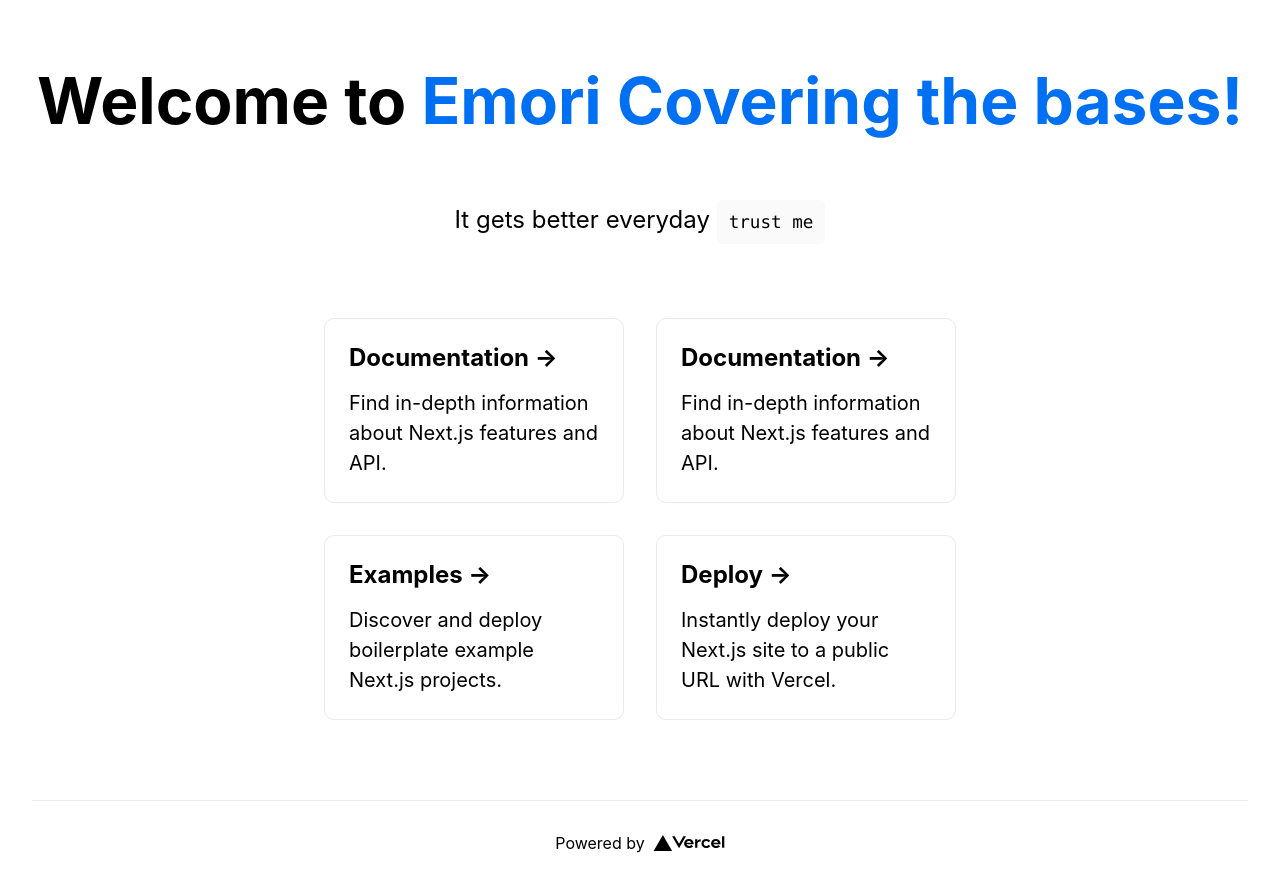
Repository: emorilebo/next-linkedin-training
Page: /
The author's editor kept a copy of each file at every save. The page is drawn from the files as they stood at one save, then again after the next save.
The browser window is 1280 px wide. The pictures show the whole page.
The project was rebuilt for these pictures with package versions that can differ from the ones it lists, and the page was loaded fresh each time. The framework's server and built-in components were replaced by stand-ins that run in the browser. Also part of the build but not shown: next.config.js.

Above is the page before, as saved 2022-12-25 17:58:04.

### pages/index.js
import Head from "next/head";
import Image from "next/image";
import Link from "next/link";
import styles from "../styles/Home.module.css";

export default function Home() {
  return (
    <div className={styles.container}>
      <Head>
        <title>Emori Learning Next From LinkedIn</title>
        <meta
          name="description"
          content="I know I know, but we need to cover the bases as much as possible. #emoricoin"
        />
        <link rel="icon" href="/favicon.ico" />
      </Head>

      <main className={styles.main}>
        <h1 className={styles.title}>
          Welcome to <a href="https://nextjs.org">Emori Covering the bases!</a>
        </h1>

        <p className={styles.description}>
          It gets better everyday <code className={styles.code}>trust me</code>
        </p>

        <div className={styles.grid}>
          <Link href="/learn/next" className={styles.card}>
            <h2>Documentation &rarr;</h2>
            <p>Find in-depth information about Next.js features and API.</p>
          </Link>
          <Link href="/learn/next" className={styles.card}>
            <h2>Documentation &rarr;</h2>
            <p>Find in-depth information about Next.js features and API.</p>
          </Link>


          <a
            href="https://github.com/vercel/next.js/tree/canary/examples"
            className={styles.card}
          >
            <h2>Examples &rarr;</h2>
            <p>Discover and deploy boilerplate example Next.js projects.</p>
          </a>

          <a
            href="https://vercel.com/new?utm_source=create-next-app&utm_medium=default-template&utm_campaign=create-next-app"
            className={styles.card}
          >
            <h2>Deploy &rarr;</h2>
            <p>
              Instantly deploy your Next.js site to a public URL with Vercel.
            </p>
          </a>
        </div>
      </main>

      <footer className={styles.footer}>
        <a
          href="https://vercel.com?utm_source=create-next-app&utm_medium=default-template&utm_campaign=create-next-app"
          target="_blank"
          rel="noopener noreferrer"
        >
          Powered by{" "}
          <span className={styles.logo}>
            <Image src="/vercel.svg" alt="Vercel Logo" width={72} height={16} />
          </span>
        </a>
      </footer>
    </div>
  );
}

Loaded but not shown: pages/_app.js (common file); styles/globals.css (common file); styles/Home.module.css (common file)

After the next save:
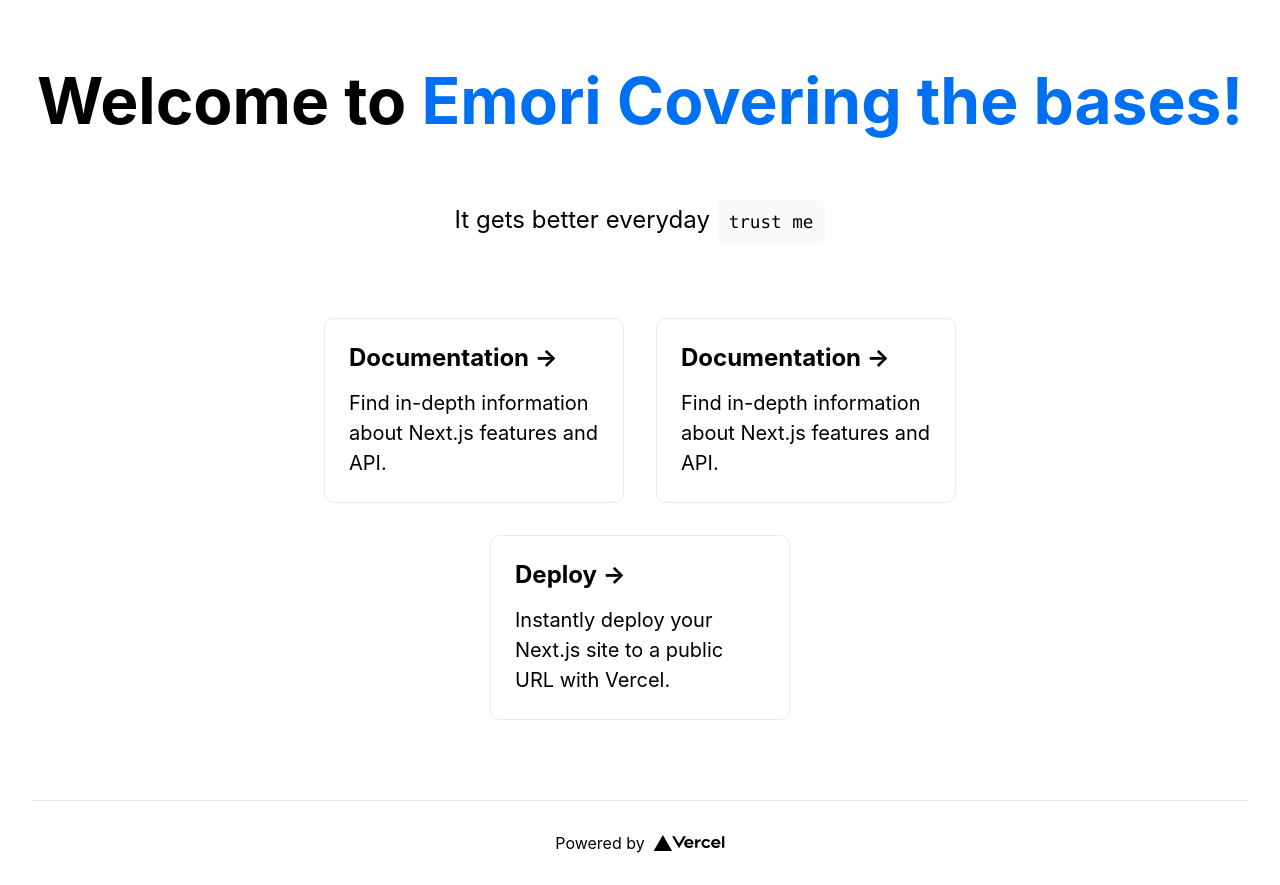
Saved 68 s later.
--- a/pages/index.js
+++ b/pages/index.js
@@ -35,13 +35,6 @@
           </Link>
 
 
-          <a
-            href="https://github.com/vercel/next.js/tree/canary/examples"
-            className={styles.card}
-          >
-            <h2>Examples &rarr;</h2>
-            <p>Discover and deploy boilerplate example Next.js projects.</p>
-          </a>
 
           <a
             href="https://vercel.com/new?utm_source=create-next-app&utm_medium=default-template&utm_campaign=create-next-app"
